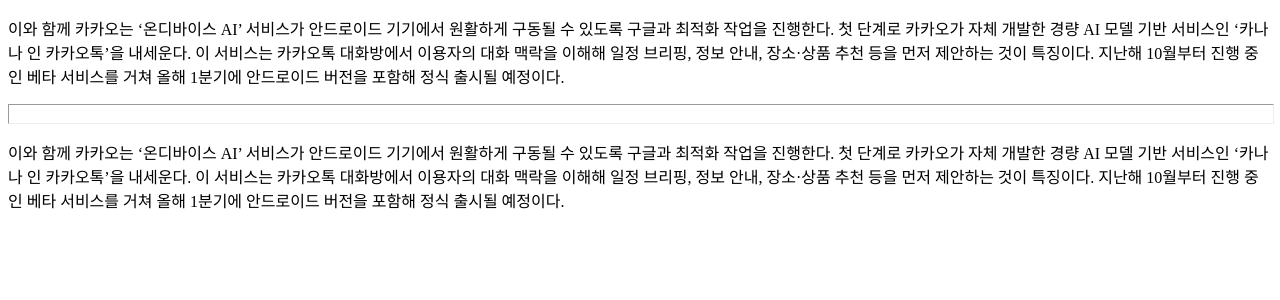
Repository: HongTaeHun337/HTML-CSS-JavaScript-
Page: html/HtmlTest/src/main/webapp/ex08_hr.html
An editor plug-in stored every save of this project. The page is shown before and after the next save, followed by the edit.
The browser window is 1280 px wide. The pictures show the whole page.

Above is the page before, as saved 2026-02-13 01:09:05.

### html/HtmlTest/src/main/webapp/ex08_hr.html
<!DOCTYPE html>
<html>
<head>
<meta charset="UTF-8">
<title>Insert title here</title>
</head>
<body>
	<!-- ex08_hr.html -->
	<!--

		<hr> 태그
		- Horizontal Rule, 수평바
		- 문단과 문단을 구분하는 역할
		- 콘텐츠와 콘텐츠를 구분하는 역할
		- 단독태그

		hr 속성
		1. size: 선의 두께
		2. width: 선의 너비
		3. align: 선의 수평 정렬
		4. color: 선의 색상
		5. noshade: 선의 그림자 유무

		HTML 속성값의 형태(***)
		1. 숫자형
			- 단위 없음: 픽셀(pixel, 화소) > ? > 화상을 구성하는 최소 단위(단일 색상을 가지는 점 1개) > 절대값
			- 단위 없음: 글꼴 크기
			- 단위 없음: 글자 개수
			- 단위 있음: % > 백분율 > 상대값
				- 부모 태그의 영역을 기준으로 한다.(*************)

		2. 열거형
			- 정해진 속성값 중 하나를 선택
		3. 색상
			- 색상명 or RGB

	 -->

	 <p>이와 함께 카카오는 ‘온디바이스 AI’ 서비스가 안드로이드 기기에서 원활하게 구동될 수 있도록 구글과 최적화 작업을 진행한다.
	 첫 단계로 카카오가 자체 개발한 경량 AI 모델 기반 서비스인 ‘카나나 인 카카오톡’을 내세운다. 이 서비스는 카카오톡 대화방에서
	 이용자의 대화 맥락을 이해해 일정 브리핑, 정보 안내, 장소·상품 추천 등을 먼저 제안하는 것이 특징이다.
	 지난해 10월부터 진행 중인 베타 서비스를 거쳐 올해 1분기에 안드로이드 버전을 포함해 정식 출시될 예정이다.</p>

	 <hr size = "20" width = "100%" align = "center" >

	 <p>이와 함께 카카오는 ‘온디바이스 AI’ 서비스가 안드로이드 기기에서 원활하게 구동될 수 있도록 구글과 최적화 작업을 진행한다.
	 첫 단계로 카카오가 자체 개발한 경량 AI 모델 기반 서비스인 ‘카나나 인 카카오톡’을 내세운다. 이 서비스는 카카오톡 대화방에서
	 이용자의 대화 맥락을 이해해 일정 브리핑, 정보 안내, 장소·상품 추천 등을 먼저 제안하는 것이 특징이다.
	 지난해 10월부터 진행 중인 베타 서비스를 거쳐 올해 1분기에 안드로이드 버전을 포함해 정식 출시될 예정이다.</p>


</body>
</html>

After the next save:
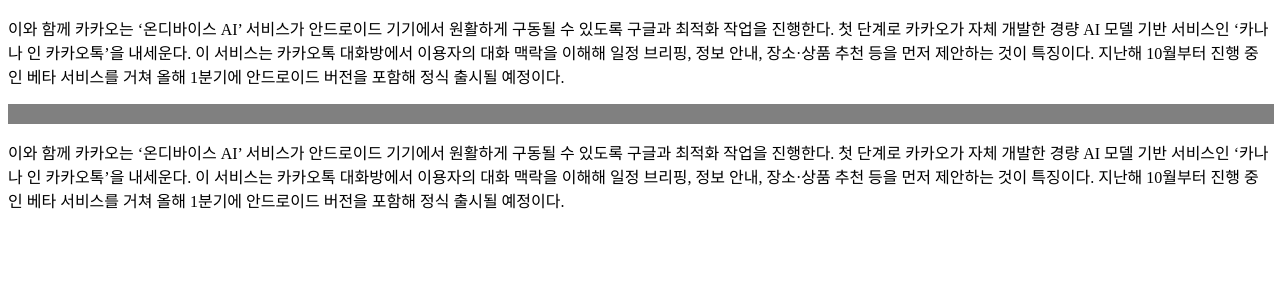
Saved 24 s later.
--- a/html/HtmlTest/src/main/webapp/ex08_hr.html
+++ b/html/HtmlTest/src/main/webapp/ex08_hr.html
@@ -41,7 +41,7 @@
 	 이용자의 대화 맥락을 이해해 일정 브리핑, 정보 안내, 장소·상품 추천 등을 먼저 제안하는 것이 특징이다.
 	 지난해 10월부터 진행 중인 베타 서비스를 거쳐 올해 1분기에 안드로이드 버전을 포함해 정식 출시될 예정이다.</p>
 
-	 <hr size = "20" width = "100%" align = "center" >
+	 <hr size = "20" width = "100%" align = "center" noshade>
 
 	 <p>이와 함께 카카오는 ‘온디바이스 AI’ 서비스가 안드로이드 기기에서 원활하게 구동될 수 있도록 구글과 최적화 작업을 진행한다.
 	 첫 단계로 카카오가 자체 개발한 경량 AI 모델 기반 서비스인 ‘카나나 인 카카오톡’을 내세운다. 이 서비스는 카카오톡 대화방에서
